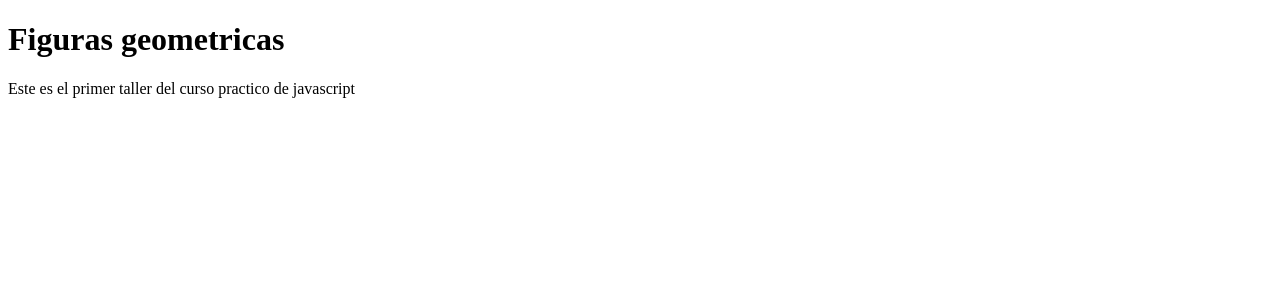
Repository: orlando-1234/curso-practico-javascript
Page: figuras.html
An editor plug-in stored every save of this project. The page is shown before and after the next save, followed by the edit.
The browser window is 1280 px wide. The pictures show the whole page.

Above is the page before, as saved 2021-09-17 14:34:38.

### figuras.html
<!DOCTYPE html>
<html lang="en">
<head>
    <meta charset="UTF-8">
    <meta http-equiv="X-UA-Compatible" content="IE=edge">
    <meta name="viewport" content="width=device-width, initial-scale=1.0">
    <title>Figuras geometricas | curso practico de javascript en platzi</title>
</head>
<body>
    <header>
        <h1>Figuras geometricas</h1>

        <p>Este es el primer taller del curso practico de javascript</p>
    </header>

    <script src="./figuras.js"></script>
</body>
</html>

### figuras.js
//Código del cuadrado
console.group("Cuadrados");
// const ladoCuadrado = 5;
// console.log("Los lados del cuadrado miden: " + ladoCuadrado + "cm");

function perimetroCuadrado(lado) {
    return lado * 4;
}
// console.log("El perimetro del cuadrado es: " + perimetroCuadrado + "cm");

function areaCuadrado(lado) {
    return lado * lado;
}
// console.log("El área del cuadrado es: " + areaCuadrado + "cm*2");
console.groupEnd();

//Código del triangulo
// console.group("Triángulos");
// const ladoTriangulo1 = 6;
// const ladoTriangulo2 = 6;
// const baseTriangulo = 4;
// console.log(
//    "Los lados del triángulo miden: "
//    + ladoTriangulo1
//    + "cm, "
//    + ladoTriangulo2
//    + "cm, "
//    + baseTriangulo
//    + "cm"
// );

// const alturaTriangulo = 5.5;
// console.log("La altura del triangulo es de: " + alturaTriangulo + "cm");

function perimetroTriangulo(lado1, lado2, base) {
    return lado1 + lado2 + base;
}
// console.log("El perimetro del triángulo es: " + perimetroTriangulo + "cm");

function areaTriangulo(base, altura) {
    return (base * altura) / 2;
}
// console.log("El área del triángulo es: " + areaTriangulo + "cm*2");

console.groupEnd();


//Código del circulo
console.group("Circulos");

// radio
// const radioCirculo = 4;
// console.log("El radio del circulo es: " + radioCirculo + "cm");

// Diametro
function diametroCirculo(radio) {
    return radio * 2;
}

// pi
const PI = Math.PI;
console.log("Pi es: " + PI);

// Circunferencia
function perimetroCirculo(radio) {
    const Diametro = diametroCirculo(radio);
    return Diametro * PI;
}

// area
function areaCirculo(radio) {
    return (radio * radio) * PI;
}

console.groupEnd();

After the next save:
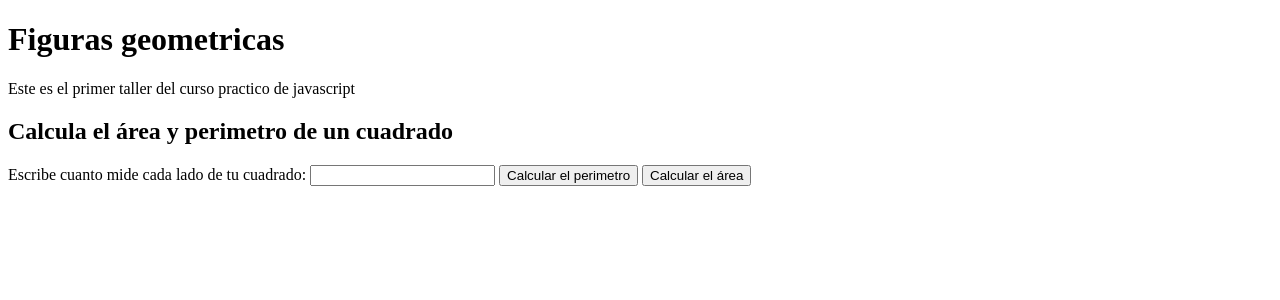
Saved 4 min 55 s later.
--- a/figuras.html
+++ b/figuras.html
@@ -13,6 +13,17 @@
         <p>Este es el primer taller del curso practico de javascript</p>
     </header>
 
+    <section>
+        <h2>Calcula el área y perimetro de un cuadrado</h2>
+
+        <form>
+            <label>Escribe cuanto mide cada lado de tu cuadrado:</label>
+            <input type="number">
+            <button>Calcular el perimetro</button>
+            <button>Calcular el área</button>
+        </form>
+    </section>
+
     <script src="./figuras.js"></script>
 </body>
 </html>
